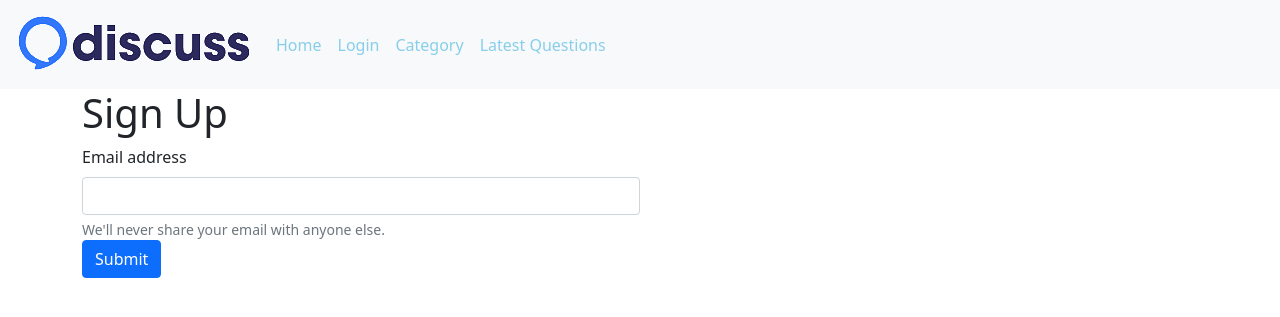
Repository: zeeShanizeeshan/php-project
Page: http://localhost/?signup=true
These files come from the project's save history. The page is drawn as it stood at one moment and after the next save; the edit follows.
The browser window is 1280 px wide. The pictures show the whole page.
The page is run by PHP 8.4 with error messages shown; the project is at /var/www/html/.

Above is the page before, as saved 2025-12-02 16:32:27.

### index.php
<!DOCTYPE html>
<html lang="en">

<head>
    <meta charset="UTF-8">
    <title>Discuss Project</title>
    <?php include('./client/commonFiles.php') ?>
</head>

<body>
    <?php
    include('./client/header.php');
    include('./client/signup.php');
    ?>
</body>

</html>

### client/commonFiles.php
<link href="https://cdn.jsdelivr.net/npm/bootstrap@5.0.2/dist/css/bootstrap.min.css" rel="stylesheet" integrity="sha384-EVSTQN3/azprG1Anm3QDgpJLIm9Nao0Yz1ztcQTwFspd3yD65VohhpuuCOmLASjC" crossorigin="anonymous">
<script src="https://cdn.jsdelivr.net/npm/bootstrap@5.0.2/dist/js/bootstrap.bundle.min.js" integrity="sha384-MrcW6ZMFYlzcLA8Nl+NtUVF0sA7MsXsP1UyJoMp4YLEuNSfAP+JcXn/tWtIaxVXM" crossorigin="anonymous"></script>
<link rel="stylesheet" href="./public/style.css">
</link>

### client/header.php
<nav class="navbar navbar-expand-lg navbar-light bg-light">
    <div class="container-fluid">
        <a class="navbar-brand" href="#">
            <img src="./public/discusslogo.png" alt="">
        </a>
        <div class="collapse navbar-collapse" id="navbarNav">
            <ul class="navbar-nav">
                <li class="nav-item">
                    <a class="nav-link active" aria-current="page" href="#">Home</a>
                </li>
                <li class="nav-item">
                    <a class="nav-link" href="#">Login</a>
                </li>
                <li class="nav-item">
                    <a class="nav-link" href="#">Category</a>
                </li>
                <li class="nav-item">
                    <a class="nav-link" href="#">Latest Questions</a>
                </li>
            </ul>
        </div>
    </div>
</nav>

### client/signup.php
<div class="container">
    <h1>Sign Up</h1>
    <form>
        <div class=" col-6">
            <label for="exampleInputEmail1" class="form-label">Email address</label>
            <input type="email" class="form-control" id="exampleInputEmail1" aria-describedby="emailHelp">
            <div id="emailHelp" class="form-text">We'll never share your email with anyone else.</div>
        </div>

        <button type="submit" class="btn btn-primary">Submit</button>
    </form>
</div>

### public/style.css
a{
    color: skyblue !important;
}

After the next save:
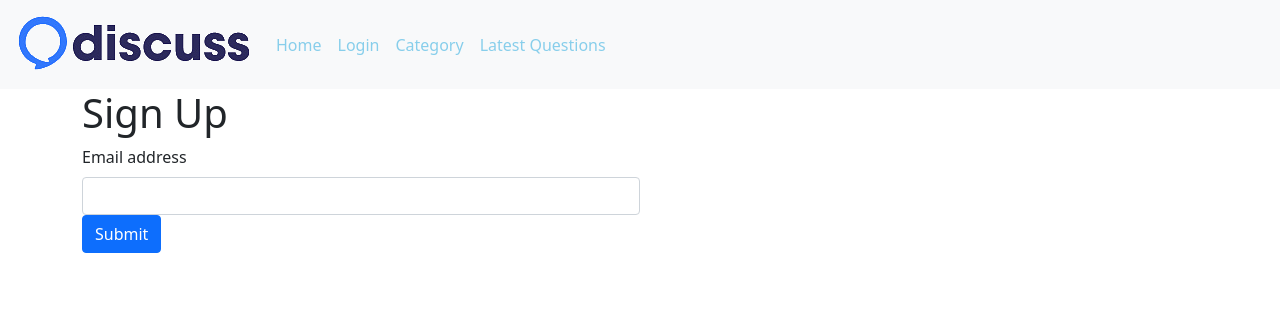
Saved 89 s later.
--- a/client/signup.php
+++ b/client/signup.php
@@ -1,12 +1,10 @@
 <div class="container">
     <h1>Sign Up</h1>
     <form>
-        <div class=" col-6">
-            <label for="exampleInputEmail1" class="form-label">Email address</label>
-            <input type="email" class="form-control" id="exampleInputEmail1" aria-describedby="emailHelp">
-            <div id="emailHelp" class="form-text">We'll never share your email with anyone else.</div>
+        <div class="z col-6">
+            <label for="username" class="form-label">Email address</label>
+            <input type="text" class="form-control" id="username">
         </div>
-
         <button type="submit" class="btn btn-primary">Submit</button>
     </form>
 </div>
